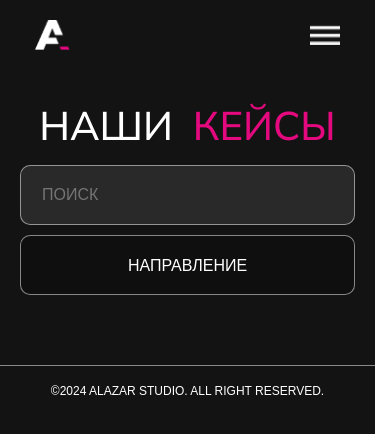
Repository: AlazarStudio/alazar_studio
Page: /cases
The author's editor kept a copy of each file at every save. The page is drawn from the files as they stood at one save, then again after the next save.
The browser window is 375 px wide. The pictures show the whole page.
The page's requests for data from a server got no answer. The project was rebuilt for these pictures with package versions that can differ from the ones it lists, and the page was loaded fresh each time. No one was signed in, and anything a server would have sent is missing. Also part of the build but not shown: vite.config.js, src/Components/Pages/Non_Found_Page.jsx, src/Components/Standart/CenterBlock/CenterBlock.module.css, src/Components/Standart/CenterBlock/CenterBlock.jsx, src/Components/Standart/WidthBlock/WidthBlock.module.css, src/Components/Standart/WidthBlock/WidthBlock.jsx, src/Components/Pages/HomePage/HomePage.module.css, src/Components/Pages/HomePage/HomePage.jsx and 13 more.

Above is the page before, as saved 2025-05-06 16:44:22.

After the next save:
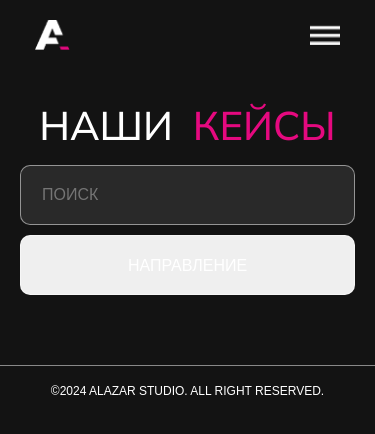
Saved 4 s later.
--- a/src/Components/Pages/CasesPage/CasesPage.module.css
+++ b/src/Components/Pages/CasesPage/CasesPage.module.css
@@ -228,7 +228,6 @@
     width: 100%;
     height: 60px;
     border: 1px solid rgba(255, 255, 255, 0.5); /* полупрозрачная белая граница */
-    background-color: rgba(0, 0, 0, 0.2); /* полупрозрачный серый фон */
     padding: 21px;
     color: #fff;
     border-radius: 10px;

After the save that followed:
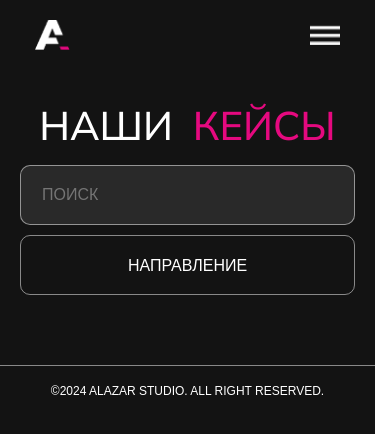
Saved 7 s later.
--- a/src/Components/Pages/CasesPage/CasesPage.module.css
+++ b/src/Components/Pages/CasesPage/CasesPage.module.css
@@ -228,6 +228,7 @@
     width: 100%;
     height: 60px;
     border: 1px solid rgba(255, 255, 255, 0.5); /* полупрозрачная белая граница */
+    background-color: inherit;
     padding: 21px;
     color: #fff;
     border-radius: 10px;
